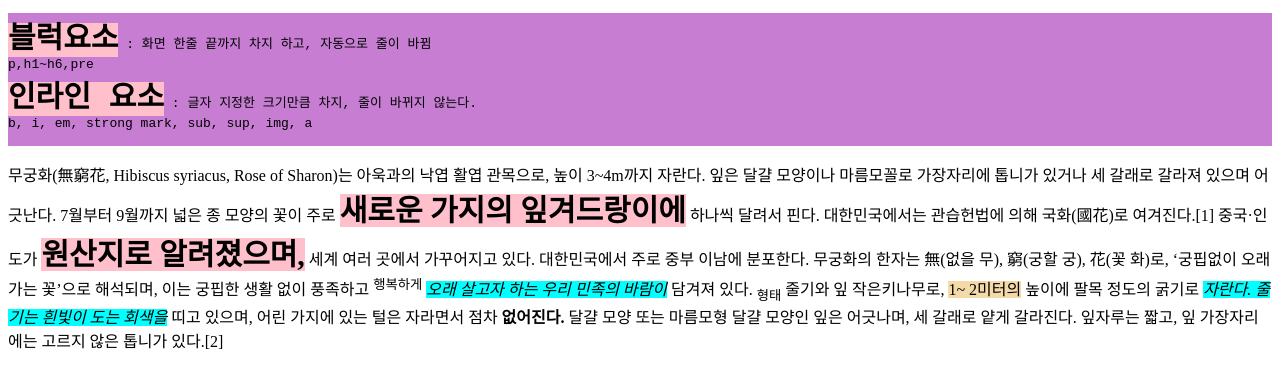
Repository: sH1222J/SH_DDit_WEB_study
Page: workspace/webpro/src/main/webapp/0304/텍스트서식.html
These files come from the project's save history. The page is drawn as it stood at one moment and after the next save; the edit follows.
The browser window is 1280 px wide. The pictures show the whole page.

Above is the page before, as saved 2025-03-04 03:41:19.

### workspace/webpro/src/main/webapp/0304/텍스트서식.html
<!DOCTYPE html>
<html>
<head>
<meta charset="UTF-8">
<title>Insert title here</title>


<style type="text/css">
b, strong {
	background: pink;
	font-size: 30px;
}

i, em {
	background: cyan;
}

pre {
	background: rgb(198, 125, 210);
}

mark {
	background: #f5daa9;
}

span {
	font-weight: bold;
	font-style: isalic;
}
</style>
</head>
<body>

	<pre>
<b>블럭요소</b> : 화면 한줄 끝까지 차지 하고, 자동으로 줄이 바뀜
p,h1~h6,pre
<b>인라인 요소</b> : 글자 지정한 크기만큼 차지, 줄이 바뀌지 않는다.
b, i, em, strong mark, sub, sup, img, a

</pre>

	<p>
		무궁화(無窮花, Hibiscus syriacus, Rose of Sharon)는 아욱과의 낙엽 활엽 관목으로, 높이
		3~4m까지 자란다. 잎은 달걀 모양이나 마름모꼴로 가장자리에 톱니가 있거나 세 갈래로 갈라져 있으며 어긋난다. 7월부터
		9월까지 넓은 종 모양의 꽃이 주로 <b>새로운 가지의 잎겨드랑이에</b> 하나씩 달려서 핀다. 대한민국에서는 관습헌법에 의해
		국화(國花)로 여겨진다.[1] 중국·인도가 <strong>원산지로 알려졌으며,</strong> 세계 여러 곳에서 가꾸어지고
		있다. 대한민국에서 주로 중부 이남에 분포한다. 무궁화의 한자는 無(없을 무), 窮(궁할 궁), 花(꽃 화)로, ‘궁핍없이
		오래가는 꽃’으로 해석되며, 이는 궁핍한 생활 없이 풍족하고 <sup>행복하게</sup> <i>오래 살고자 하는 우리
			민족의 바람이</i> 담겨져 있다. <sub>형태</sub> 줄기와 잎 작은키나무로,
		<mark>1~ 2미터의</mark>
		높이에 팔목 정도의 굵기로 <em>자란다. 줄기는 흰빛이 도는 회색을</em> 띠고 있으며, 어린 가지에 있는 털은 자라면서
		점차 <span>없어진다.</span> 달걀 모양 또는 마름모형 달걀 모양인 잎은 어긋나며, 세 갈래로 얕게 갈라진다.
		잎자루는 짧고, 잎 가장자리에는 고르지 않은 톱니가 있다.[2]
	</p>

</body>
</html>

After the next save:
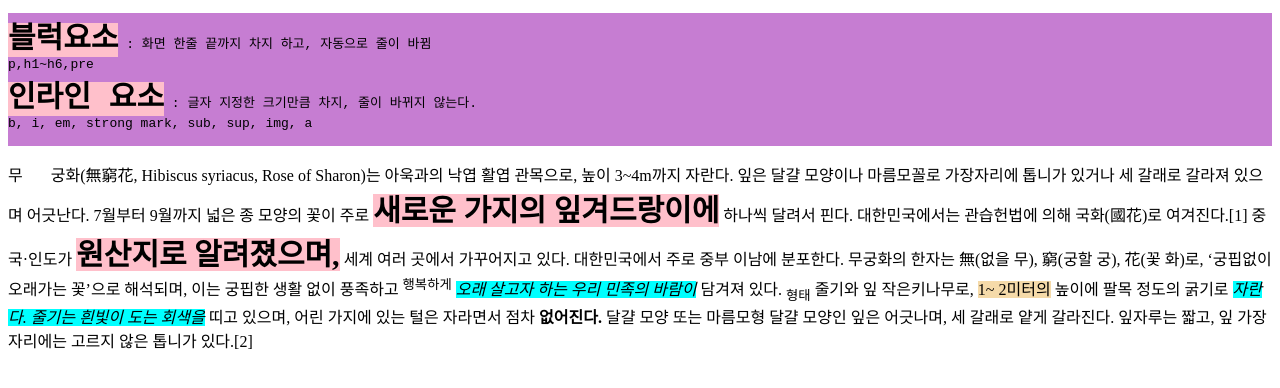
Saved 3 min 0 s later.
--- a/workspace/webpro/src/main/webapp/0304/텍스트서식.html
+++ b/workspace/webpro/src/main/webapp/0304/텍스트서식.html
@@ -40,7 +40,7 @@ b, i, em, strong mark, sub, sup, img, a
 </pre>
 
 	<p>
-		무궁화(無窮花, Hibiscus syriacus, Rose of Sharon)는 아욱과의 낙엽 활엽 관목으로, 높이
+		무&nbsp;&nbsp;&nbsp;&nbsp;&nbsp;&nbsp;&nbsp;궁화(無窮花, Hibiscus syriacus, Rose of Sharon)는 아욱과의 낙엽 활엽 관목으로, 높이
 		3~4m까지 자란다. 잎은 달걀 모양이나 마름모꼴로 가장자리에 톱니가 있거나 세 갈래로 갈라져 있으며 어긋난다. 7월부터
 		9월까지 넓은 종 모양의 꽃이 주로 <b>새로운 가지의 잎겨드랑이에</b> 하나씩 달려서 핀다. 대한민국에서는 관습헌법에 의해
 		국화(國花)로 여겨진다.[1] 중국·인도가 <strong>원산지로 알려졌으며,</strong> 세계 여러 곳에서 가꾸어지고
